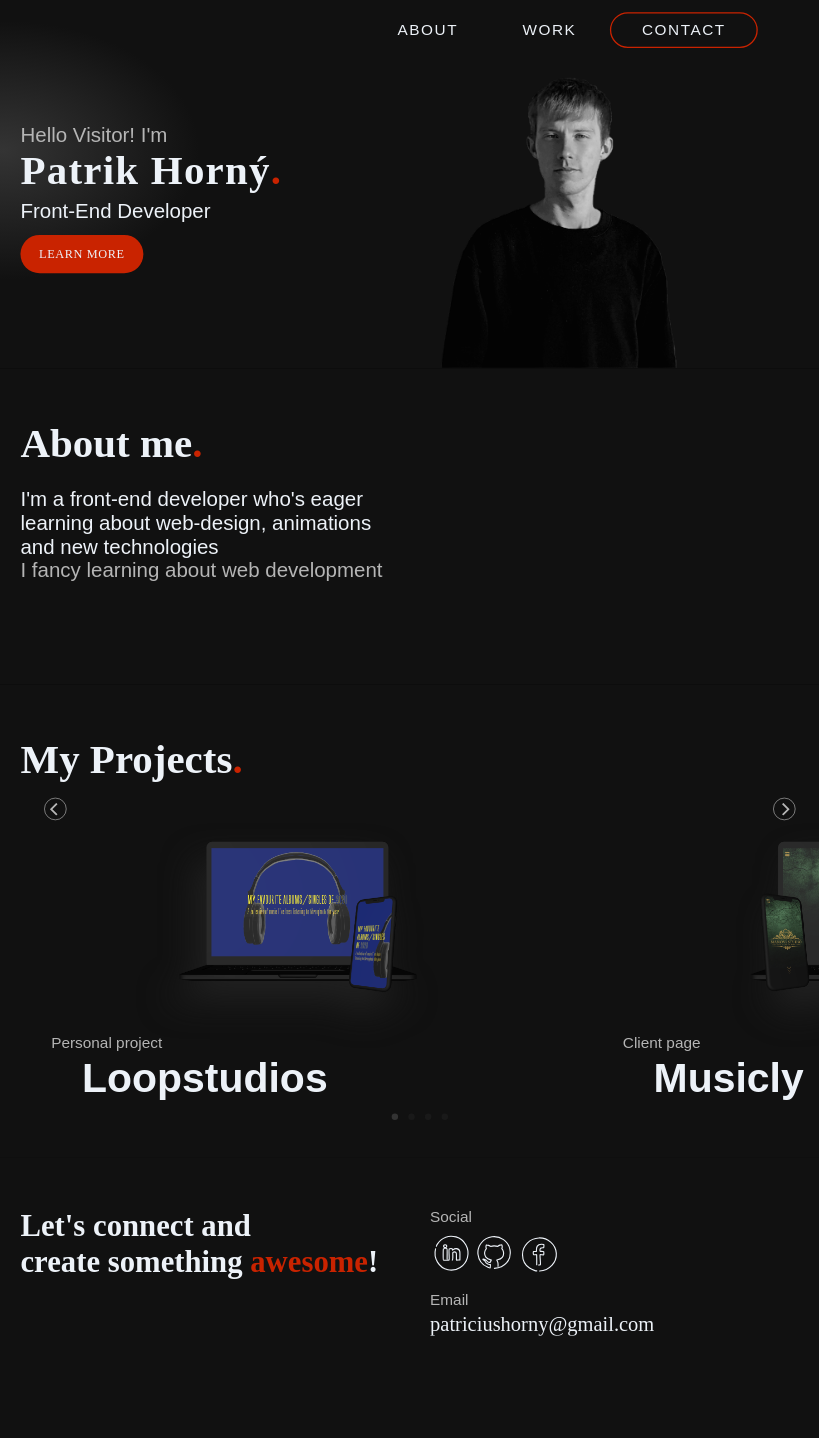
Repository: Spreceriany/portfolio
Page: index.html
These files come from the project's save history. The page is drawn as it stood at one moment and after the next save; the edit follows.
The browser window is 1280 px wide. The pictures show the whole page, at 64% of full size.
The pointer rests on the first visible `.block-image`.
Some web fonts or font styles are not loaded; a fallback is used. The style sheet was rebuilt from its Sass, Less or Tailwind sources for each picture, by a compiler version that may differ from the author's.

Above is the page before, as saved 2021-03-11 11:59:22.

### index.html
<!DOCTYPE html>
<html lang="en">

<head>
    <meta charset="UTF-8">
    <meta http-equiv="X-UA-Compatible" content="IE=edge">
    <meta name="viewport" content="width=device-width, initial-scale=1.0">
    <title>Patrik Horny | Portfolio</title>
    <link rel="stylesheet" href="css/style.css">
    <link rel="preconnect" href="https://fonts.gstatic.com">
    <link href="https://fonts.googleapis.com/css2?family=Asul&family=Chivo:wght@900&display=swap" rel="stylesheet">
    <link rel="stylesheet" href="https://unpkg.com/flickity@2/dist/flickity.min.css">

</head>

<body>
    <header>
        <nav>
            <ul>
                <li><a href="#">About</a></li>
                <li><a href="#">Work</a></li>
                <li><a href="#">Contact</a></li>
            </ul>
            <div class="burger">
                <div class="line1"></div>
                <div class="line2"></div>
                <div class="line3"></div>
            </div>
        </nav>
    </header>

    <main>
        <section class="hero">
            <div class="hero__left-col">
                <p class="gray">Hello Visitor! I'm</p>
                <h1>Patrik Horný<span class="orange">.</span></h1>
                <p>Front-End Developer</p>
                <a href="#" class="btn">Learn more</a>

            </div>
            <div class="hero__right-col">
                <img src="./img/my_photo.png" alt="my-photo">

            </div>
        </section>

        <section class="about">
            <div class="about__left-col">
                <h2>About me<span class="orange">.</span></h2>
                <p>I'm a front-end developer who's eager learning about web-design, animations and new technologies
                </p>
                <p class="gray">I fancy learning about web development</p>
            </div>


        </section>

        <section class="work">
            <h2>My Projects<span class="orange">.</span></h2>
            <div class="carousel">

                <a class="work__item" href="https://musicly2020.netlify.app/">
                    <div class="block">
                        <img srcset="./img/musicly-mob/musicly-sm_aquzlh_c_scale,w_200.png 200w,
                        ./img/musicly-mob/musicly-sm_aquzlh_c_scale,w_662.png 611w,
                         ./img/musicly-lg.png  900w" src="./img/mobile/musicly-sm.png"  class="block-image" alt="musicly">

                        <small>Personal project</small>
                        <h3>Musicly 2020</h3>
                    </div>
                </a>

                <a class="work__item" href="https://manovistudio.dk/">
                    <div class="block">
                         <img srcset="./img/manovi-mob/manovistudio_euxpyv_c_scale,w_200.png 200w,
                         ./img/manovi-mob/manovistudio_euxpyv_c_scale,w_519.png 433w,
                         ./img/manovi-mob/manovistudio_euxpyv_c_scale,w_741.png 611w,
                         ./img/manovi-lg.png 900w"

                         src="./img/mobile/manovistudio.png" alt="manovistudio">
                         <small>Client page</small>
                         <h3>Manovistudio</h3>
                    </div>

                </a>

                <a class="work__item" href="https://wrappedgreen.netlify.app/">
                    <div class="block">
                          <img srcset="./img/wrapped-mob/wrapped-sm_lgvr6n_c_scale,w_200.png 200w,
                          ./img/wrapped-mob/wrapped-sm_lgvr6n_c_scale,w_583.png 433w,
                          ./img/wrapped-mob/wrapped-sm_lgvr6n_c_scale,w_848.png 644w,
                          ./img/wrapped-lg.png 900w"
                          src="./img/mobile/wrapped-sm.png" class="block-image" alt="wrappedgreen">
                          <small>Landing page</small>
                          <h3>Wrapped Green</h3>
                    </div>

                </a>



                <a class="work__item" href="https://loopstudiovr.netlify.app/">
                    <div class="block">
                        <img srcset="./img/loop-mob/loopstudios-sm_hzrmrv_c_scale,w_200.png 200w,
                        ./img/loop-mob/loopstudios-sm_hzrmrv_c_scale,w_433.png 433w,
                        ./img/loop-mob/loopstudios-sm_hzrmrv_c_scale,w_611.png 611w,
                        ./img/loop-lg.png 900w" src="./img/loop-mob/loopstudios-sm_hzrmrv_c_scale,w_200.png"
                    alt="loopstudios">
                        <small>Landing page</small>
                        <h3>Loopstudios</h3>

                    </div>

                </a>





            </div>

        </section>

        <section class="contact">
            <div class="contact__left-col">
                <h3>Let's connect and</h3>
                <h3>create something <span class="orange">awesome</span>! </h3>
            </div>

            <div class="contact__right-col">
                <small class="gray">Social
                </small>
                <ul>
                    <li><a href="https://www.linkedin.com/in/patrik-horn%C3%BD-42b797205/">
                            <?xml version="1.0" ?><svg height="256px" id="Layer_1" version="1.1" viewBox="0 0 256 256"
                                width="256px" xml:space="preserve" xmlns="http://www.w3.org/2000/svg"
                                xmlns:xlink="http://www.w3.org/1999/xlink">
                                <path class="st0"
                                    d="M34.367,105.308c-15.255,58.994,21.499,118.714,77.309,130.865c54.491,11.864,108.741-24.931,122.132-78.209  c13.576-54.011-18.103-112.414-72.055-127.246C77.289,8.035,39.505,84.527,39.501,88.37" />
                                <path class="st0"
                                    d="M106.662,168.972c-0.36-21.051,0.978-61.432-0.945-63.422  c-1.923-1.99-17.046-7.923-19.883-12.471c-2.838-4.548-2.011-13.662,8.126-13.674s11.419,8.666,8.78,14.31  c-2.64,5.644-17.584,9.811-19.288,12.105c-1.704,2.294-2.429,68.28,0,69.899c2.429,1.619,32.926,1.484,35.624-0.54  c2.699-2.024-3.374-67.47,0-69.09s17.407-1.889,19.162-1.079c1.754,0.81,0.675,7.692,1.889,8.366  c1.214,0.675,10.171-11.177,24.289-9.446c10.46,1.282,19.837,10.121,21.321,18.892s0.899,34.545,0.54,51.817  c-7.197,0.27-14.394,0.675-21.59,0.945c-0.27-14.574,1.08-33.6-0.81-43.586c-1.889-9.986-22.328-9.849-22.13,0  s1.619,43.586-2.699,43.451"
                                    id="linkedin" />
                            </svg>
                        </a></li>
                    <li><a href="https://github.com/Spreceriany">
                            <?xml version="1.0" ?><svg height="256px" id="Layer_2" version="1.1" viewBox="0 0 256 256"
                                width="256px" xml:space="preserve" xmlns="http://www.w3.org/2000/svg"
                                xmlns:xlink="http://www.w3.org/1999/xlink">
                                <path class="st0" d="M128.1,222.073" />
                                <path class="st0"
                                    d="M130.164,226.986c63.917-3.557,108.667-52.057,97.259-116.5c-9.288-52.47-60.722-87.613-112.739-80.577  C61.952,37.041,21.39,85.877,27.386,139.004c5.689,47.857,35.128,70.23,59.685,80.335c5.717,2.353,13.401,5.785,15.997,5.229  c2.596-0.556,1.763-14.95,1.763-21.889c-16,2.459-21.475-3.841-24.875-7.563c-3.857-4.222-6.125-8.563-10.063-14.938  s-11.063-4.875-11.813-8.563s15-2.688,26.313,11.25c8.188,10.146,16.928,7.089,21.625,4.188c0.154-1.612,0.526-3.775,1.438-6.188  c0.967-2.557,3.625-4.104,3.208-5.854c-0.417-1.75-21.804-0.577-34-17.667c-8.809-12.344-9.129-26.955-5.667-37.833  c2.322-7.297,6.196-12.443,8.833-15.417c-1.011-2.162-2.513-6.109-2.583-11.25c-0.076-5.549,1.554-9.796,2.583-12  c3.492,0.104,8.54,0.644,14.25,2.667c5.469,1.937,9.593,4.542,12.333,6.583c4.975-1.671,12.218-3.489,21.083-3.667  c10.135-0.203,18.344,1.819,23.667,3.583c2.616-2.336,6.987-5.648,13.167-7.917c4.489-1.648,8.518-2.229,11.5-2.417  c1.143,2.165,3.075,6.519,3.167,12.332c0.085,5.351-1.426,9.47-2.416,11.664c2.867,3.459,7.394,9.875,9.502,18.995  c0.751,3.249,4.857,20.981-6.996,36.24c-12.408,15.974-33.06,13.524-33.992,15.73c-0.932,2.206,3.964,6.297,6.266,14.877  c2.302,8.58,1.327,24.979,1.327,24.979" />
                            </svg>
                        </a></li>

                    <li><a href="https://www.facebook.com/profile.php?id=100007154296012">
                            <?xml version="1.0" ?><svg height="256px" id="Layer_1" version="1.1" viewBox="0 0 256 256"
                                width="256px" xml:space="preserve" xmlns="http://www.w3.org/2000/svg"
                                xmlns:xlink="http://www.w3.org/1999/xlink">
                                <g>
                                    <path class="st0"
                                        d="M118.489,204.01c0.668-30.724-0.583-59.627-0.514-61.433c0.099-2.572-16.945,1.061-19.046-1.053   c-2.101-2.114-3.309-18.205-0.521-19.591s15.355,1.129,18.007-0.526c2.652-1.655-11.513-55.269,46.601-43.421   c1.589,0.795-0.132,18.732-1.059,20.122c-0.927,1.39-12.708-1.787-19.062,3.177c-6.354,4.964-3.707,18.664-2.383,19.591   c1.324,0.927,20.188,0.198,21.445,1.589s1.456,18.798,0,20.122c-1.456,1.324-20.819-2.41-22.769-1.058   c-1.606,1.113,4.224,60.038,2.558,62.373c-1.666,2.335-7.731,2.133-11.56,2.226" />
                                    <path class="st0"
                                        d="M136.577,243.358c60.912-1.648,108.145-53.478,104.395-110.472c-3.662-55.647-54.02-97.612-108.923-95.753   C76.39,39.017,29.02,85.605,29.68,141.555c1.549,87.443,85.505,102.61,89.2,101.551" />
                                </g>
                            </svg>
                        </a></li>
                </ul>
                <small class="gray">Email</small>
                <a href="mailto:patriciushorny@gmail.com">patriciushorny@gmail.com</a>
            </div>

        </section>
    </main>

    <script src="https://unpkg.com/flickity@2/dist/flickity.pkgd.min.js"></script>

    <script src="js/script.js"></script>

</body>

</html>

### js/script.js
var elem = document.querySelector(".carousel");
var flkty = new Flickity(elem, {
  contain: true,

  prevNextButtons: true,
  pageDots: true,
  cellAlign: "left",
  contain: true,
  wrapAround:true,

});

### css/style.scss
$white-ish: #edf2f8;
$orange: rgb(201, 35, 0);
$gray: #b5b5b5;
$black: #111111;

body {
  font-family: "Asul", "Chivo", sans-serif;
  margin: auto;
  max-width: 1920px;
  overflow-x: hidden;
  background: radial-gradient(
    59.93% 44.1% at -11.63% 36.77%,
    #343434 0%,
    #111111 100%
  );
}

* {
  box-sizing: border-box;
  margin: 0;
  padding: 0;
  -webkit-font-smoothing: antialiased;
  -moz-osx-font-smoothing: grayscale;
}

.orange {
  color: $orange;
}

.gray {
  color: $gray;
}

@mixin clamping($min, $mid, $max) {
  font-size: clamp($min, $mid, $max);
}

@mixin grid($breakpoint){
  display:grid;
  grid-template-columns: 1fr;
  @media(min-width:$breakpoint){
    grid-template-columns: 1fr 1fr;
  }
}

header {
  max-width: 1440px;
  margin: 0 auto;
  min-height: 13vh;
  position: absolute;
  top: 0;
  left: 0;
  right: 0;
  display: flex;
  justify-content: flex-end;
  z-index: 2;
  nav {
    min-height: 10vh;
    display: flex;
    align-items: center;
    top: 0;
    right: 0;

    .burger {
      cursor: pointer;
      margin-right: 2em;
      @media (min-width: 996px) {
        display: none;
      }
      div {
        background-color: $orange;
        margin: 0.3em;
        transition: transform 500ms ease, opacity 500ms ease, width 500ms ease;
        &:nth-child(1) {
          width: 1.5em;
          height: 0.2em;
        }
        &:nth-child(2) {
          width: 1em;
          height: 0.2em;
        }

        &:nth-child(3) {
          width: 0.6em;
          height: 0.2em;
        }
      }
    }

    ul {
      margin-left: auto;
      display: none;
      @media (min-width: 992px) {
        display: block;
      }

      li {
        display: inline-block;
        padding: 0.5em 2em;
        font-size: 1.5rem;
        text-transform: uppercase;
        cursor: pointer;

        &:last-of-type {
          border: 2px solid $orange;
          border-radius: 9999px;
          background-image: linear-gradient($orange, $orange);
          background-position: 50% 50%;
          background-repeat: no-repeat;
          background-size: 0% 100%;
          transition: background-size 0.3s;
          margin-right: 4em;
          &:hover {
            background-size: 100% 100%;
          }
        }

        &:not(:last-child) a:hover {
          color: $orange;
        }
        a {
          width: 100%;
          text-decoration: none;
          color: $white-ish;
          letter-spacing: 0.1em;
          transition: color 0.3s ease-out;
        }
      }
    }
  }
}

main {
  margin: 0 auto;
  background-color: black;
}

.btn {
  background-color: $orange;
  padding: 1em 0.7em;
  color: $white-ish;
  border-radius: 9999px;
  width: 10em;
  flex-shrink: 0;
  text-align: center;
  text-decoration: none;
  text-transform: uppercase;
  font-family: "Chivo";
  letter-spacing: 0.05em;
  margin: 1em 0;
  @include clamping(.8rem,3vw ,1.2rem );
  &:hover {
    background-color: transparent;
  }
  @media(min-width:556px){

    padding: 1em .5em;

  }
}

.hero {
  width: 100%;

  margin: 0 auto;
  min-height: 80vh;
  @media(min-width:556px){
    max-height: 100vh;
  }
  background: radial-gradient(
    59.93% 44.1% at -11.63% 36.77%,
    #343434 0%,
    #111111 100%
  );
  @media(min-width:556px){
    background: radial-gradient(23.93% 35.1% at 0.37% 40.77%, #343434 0%, #111111 100%);
  }
  align-items: center;
  color: $white-ish;
  position: relative;
  @include grid(556px);

  &__left-col {
    display: flex;
    flex-direction: column;
    padding-left: 2em;
    padding-top: 4em;
    ul {
      list-style-type: none;
      li {
        display: inline-flex;
        width: 2em;
        img {
          width: 100%;
        }
      }
    }

    p {
      @include clamping(1rem, 3vw, 2rem);
    }

    h1 {
      @include clamping(2rem, 5vw, 6rem);
      margin-bottom: 0.1em;
      letter-spacing: 0.03em;
      font-family: "Chivo";
    }
  }

  &__right-col {
    position: relative;

    display: flex;
    flex-direction: column;
    align-items: flex-end;
    width: 100%;
    height: 100%;
    &::after {
      content: "";
      position: absolute;
      width: 100%;
      height: 100%;
      bottom: 0;
      left: 0;
      box-shadow: inset 0 -10px 10px -10px #000000;
      @media(min-width:556px){
        box-shadow: none;
      }
    }
    img {
      position: absolute;
      width: 70%;
      right: 0;
      bottom: 0;
      @media(min-width:556px){
        max-width: 90%;
        object-fit: contain;
        height: 80%;
        left:0;
        right: auto;
      }
    }
  }
}

.about {
  width: 100%;
  padding: 5em 0 10em 0;
  background-color: #111111;
  color: $white-ish;
  display: grid;

  @include grid(556px);
  &__left-col {
    padding: 0 2em;
    h2 {
      font-family: "Chivo";
      @include clamping(2rem, 5vw, 6rem);
      margin-bottom: 0.5em;
    }
    p{
      @include clamping(1.2rem, 3vw, 2rem);
    }
  }


}

.work {
  width: 100%;
  padding: 5em 0;
  position: relative;
  background-color: $black;
  padding-left: 2em;
  h2 {
    color: $white-ish;
    font-family: "Chivo";

    @include clamping(2rem, 5vw, 6rem);

  }
  &__item {
    position: relative;
    width: 69%;
    height: 100%;
    margin-right: 2em;
    display: flex;
    flex-direction: column;
    padding-bottom: 2em;


    .link{
      opacity:0;
      position: absolute;
      top: 100%;
      left: 24%;
      text-decoration: none;
      color: $white-ish;
      border:1px solid $white-ish;
    }


    .block{
      height: 100%;
    }
    .block:hover {
      .link{
        opacity:1;
        z-index: 5;
      }



    }
    img {
      width: 100%;
      height: 100%;
      object-fit: contain;
      position: relative;
    }
    &:nth-child(odd) img {
      filter: drop-shadow(-17px 31px 25px rgb(32, 32, 32));
    }
    &:nth-child(even) img {
      filter: drop-shadow(20px 31px 25px rgb(32, 32, 32));
    }

    small {
      display: block;
      color: $gray;
      font-size: clamp(0.8rem, 3vw, 1.5rem);
    }
    h2 {
      color: $white-ish;
      font-family: "Asul";
      letter-spacing: 0.02em;
      padding-left: 0;
      font-weight: normal;
      @include clamping(1.7rem, 5vw, 6rem);
    }

    h3{
      @include clamping(1.7rem, 5vw, 4rem);
      color: $white-ish;
      position: relative;
      display: inline-block;
      color: $orange;
      overflow: hidden;
      background: linear-gradient(to right, $orange, $orange 50%, $white-ish 50%);
      background-clip: text;
      -webkit-background-clip: text;
      -webkit-text-fill-color: transparent;
      background-size: 200% 100%;
      background-position: 100%;
      transition: background-position 275ms ease;
      text-decoration: none;
      &:hover {
        background-position: 0 100%;
      }
    }

    small,
    h3 {
      position: absolute;
      margin-top: 1.5em;
      top: 74%;
      padding-left: 2em;

      @media(min-width:1000px){
        margin-top:  0.8em;
      }
    }
  }
}

.carousel{
  width:100%;
  height:50vh;
  @media(min-width:1212px){
    height: 70vh;
  }

}




.flickity-viewport{
  height: 100% !important;
}

.contact{
  width: 100%;
  padding: 5em 0 10em 0em;
  background: $black;
  color: $white-ish;
  display: grid;
  grid-template-columns: 1fr;
  @media(min-width:556px){
    grid-template-columns: 1fr 1fr;
  }


  &__left-col{
    margin-bottom: 2em;
    font-family: 'Asul';
    padding: 0em 2em;
    @media(max-width:556px){
      padding: 0;
    }
    h3{
      @include clamping(2rem, 5vw, 3rem);


      .orange{

        font-weight: bold;


      }
    }
  }

  &__right-col{
    display: flex;
    flex-direction: column;
    @media(max-width:556px){
      padding:0;
    }
    padding: 0em 2em;

    small{
      @include clamping(.9rem,3vw ,1.5rem );
      margin-bottom: .2em ;
    }

    svg {
      width: 100%;
      height: 100%;
      fill: none;
      stroke: #edf2f8;
      stroke-width: 7;
      stroke-linecap: round;
      stroke-linejoin: round;
      stroke-miterlimit: 10;
      transition: stroke 0.3s, transform 0.3s ease-in;
      &:hover {
        stroke: $orange !important;
        transform: translateY(-2px);
      }
    }

    ul {
      list-style-type: none;
      li {
        display: inline-flex;
        width: 3em;
        @media(min-width:556px){
          width: 4em;
          margin-bottom: 1.5em;
        }
        img {
          width: 100%;
        }
      }
    }

    a{
      @include clamping(1.5rem, 5vw, 2rem);
      position: relative;
      display: inline-block;
      color: $orange;
      overflow: hidden;
      background: linear-gradient(to right, $orange, $orange 50%, $white-ish 50%);
      background-clip: text;
      -webkit-background-clip: text;
      -webkit-text-fill-color: transparent;
      background-size: 200% 100%;
      background-position: 100%;
      transition: background-position 275ms ease;
      text-decoration: none;
      font-family: 'Chivo';
      &:hover {
        background-position: 0 100%;
      }
    }
  }
}

.flickity-prev-next-button{
  top: 8% !important;
  width: 27px !important;
  height: 27px !important;
  border-radius: 50% !important;
  transform: translateY(-50%);
  margin: 0 1em;

  @media(min-width:556px){
    margin:0 2em;
    width: 35px !important;;
    height: 35px !important;
  }
}

.flickity-button {
  position: absolute;
  background: transparent !important;
  border: 1px solid $gray !important;
  color: $gray !important;
}

.flickity-button-icon:focus-within, .flickity-button-icon:hover{
  color: $orange;
}

.block-image{
  position: relative;
  &::after{

  }
}

.block-image:hover::before{
  content: 'See project';
  position: absolute;
  width: 100%;
  height: 100%;
  top: 50%;
  color: $white-ish;
  border: 1px solid $white-ish;
  left:0;
}

After the next save:
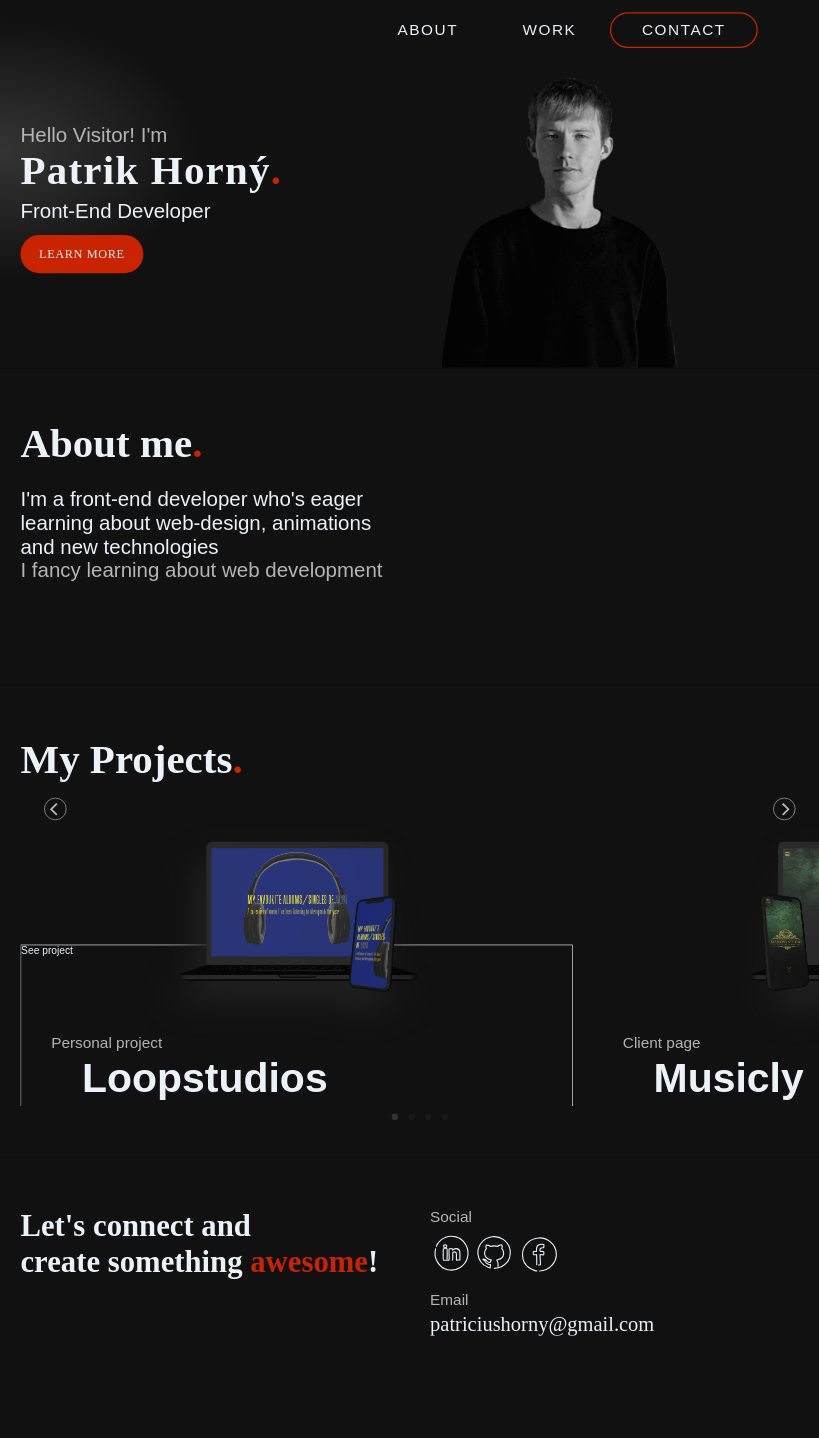
Saved 97 s later.
--- a/css/style.scss
+++ b/css/style.scss
@@ -521,7 +521,7 @@
   }
 }
 
-.block-image:hover::before{
+.block:hover::before{
   content: 'See project';
   position: absolute;
   width: 100%;
